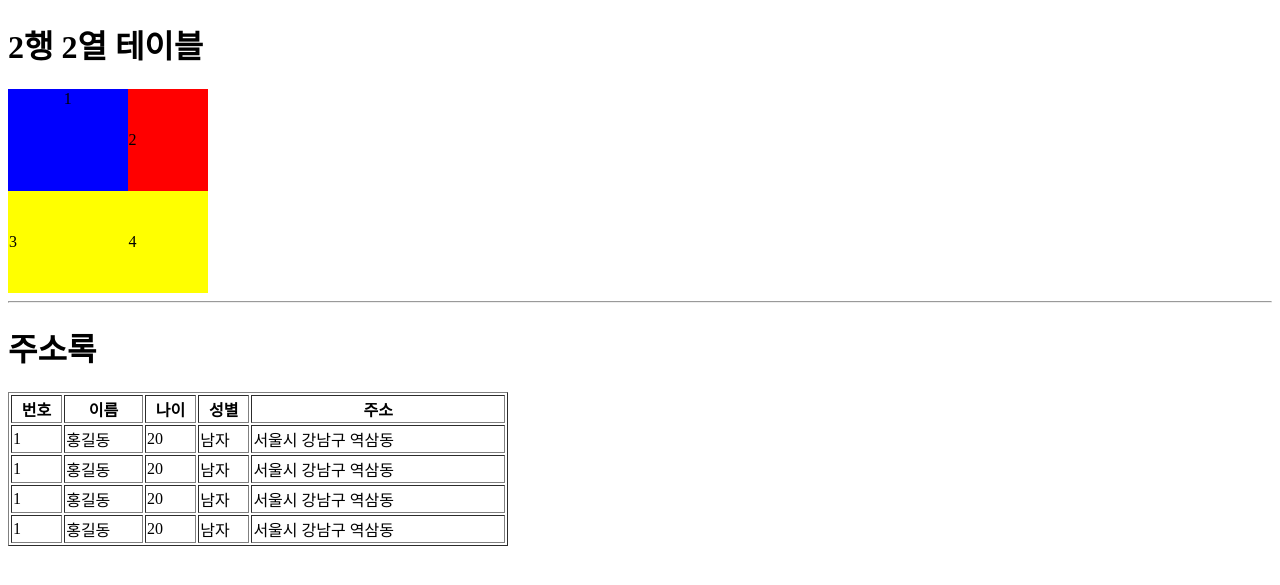
Repository: Chun0903/classStudy_github.io
Page: client/ClientTest/WebContent/ex13_table.html
An editor plug-in stored every save of this project. The page is shown before and after the next save, followed by the edit.
The browser window is 1280 px wide. The pictures show the whole page.

Above is the page before, as saved 2020-06-19 07:37:25.

After the next save:
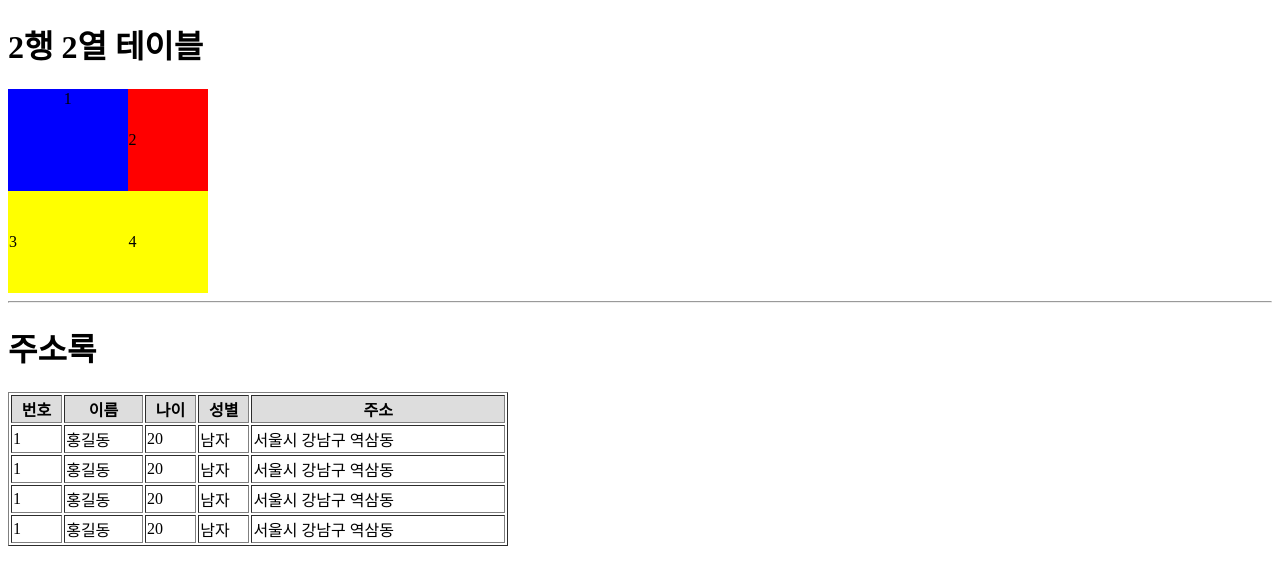
Saved 22 s later.
--- a/client/ClientTest/WebContent/ex13_table.html
+++ b/client/ClientTest/WebContent/ex13_table.html
@@ -47,8 +47,7 @@
 
 	<table border="1" width="500">
 		<!-- 테이블 헤더 -->
-
-		<tr>
+		<tr bgcolor="#DDDDDD">
 			<th width="50">번호</th>
 			<th width="80">이름</th>
 			<th width="50">나이</th>
